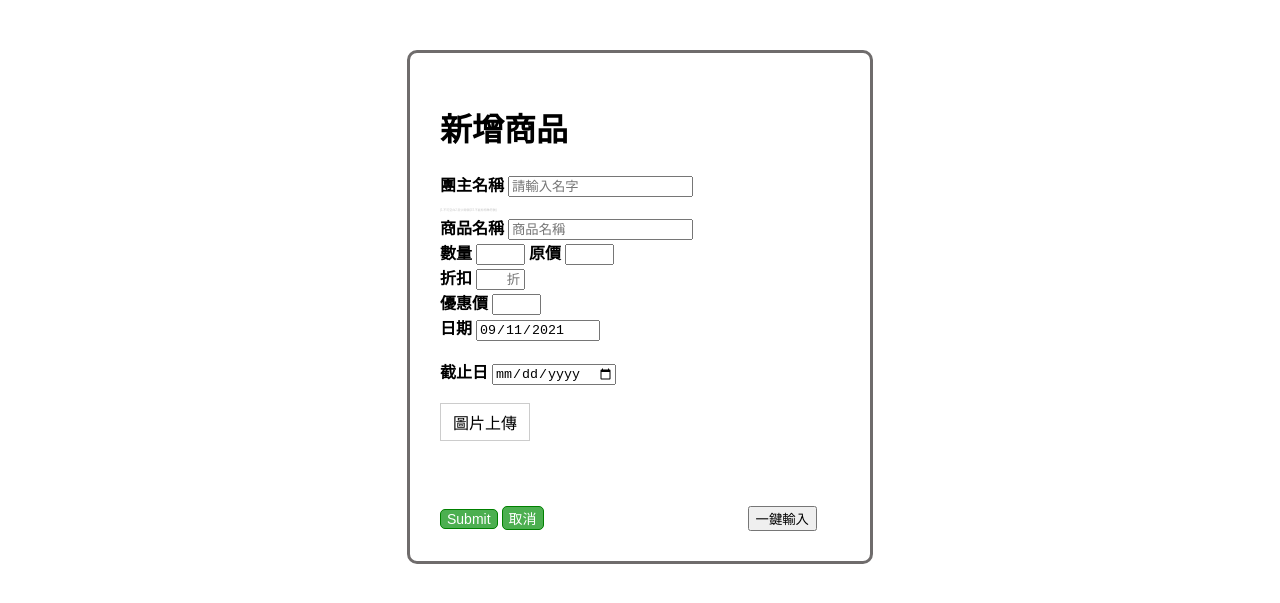
Repository: irlmpbfhvf2009/2021-09-17-Pro2-MVC
Page: http://localhost/Groupon/Manage-add.jsp
These files come from the project's save history. The page is drawn as it stood at one moment and after the next save; the edit follows.
The browser window is 1280 px wide. The pictures show the whole page.
The page is served by Tomcat 9.

Above is the page before, as saved 2021-09-13 13:55:31.

After the next save:
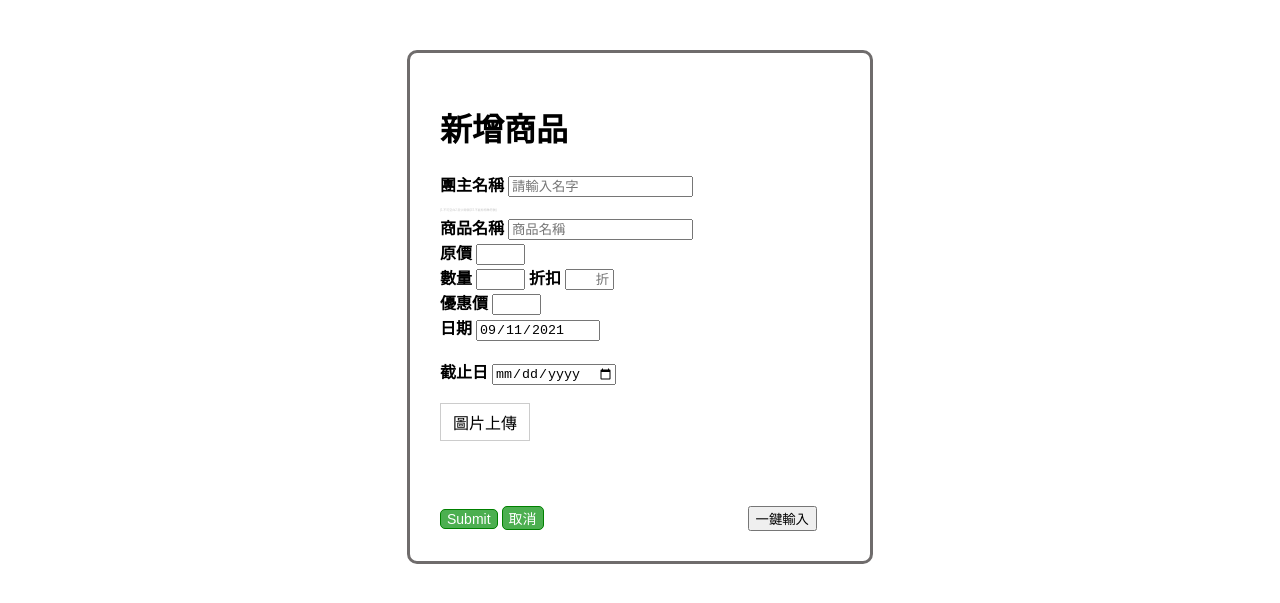
Saved 45 s later.
--- a/Groupon/src/main/webapp/Manage-add.jsp
+++ b/Groupon/src/main/webapp/Manage-add.jsp
@@ -38,10 +38,10 @@
 			<span class="spproductname"></span><br>
 
 			<!-- 數量 -->
-			<strong>數量 </strong><input type="text" name="quantity" required class="quantity" maxlength="3" size="3">
+			<strong>原價 </strong><input type="text" class="price" required name="price" maxlength="6" size="3"><br>
 
 			<!-- 原價 -->
-			<strong>原價 </strong><input type="text" class="price" required name="price" maxlength="6" size="3"><br>
+			<strong>數量 </strong><input type="text" name="quantity" required class="quantity" maxlength="3" size="3">
 
 			<!-- 折扣 -->
 			<strong>折扣 </strong><input type="text" class="discount" required name="discount" maxlength="2" size="3" placeholder="　　折">

After the save that followed:
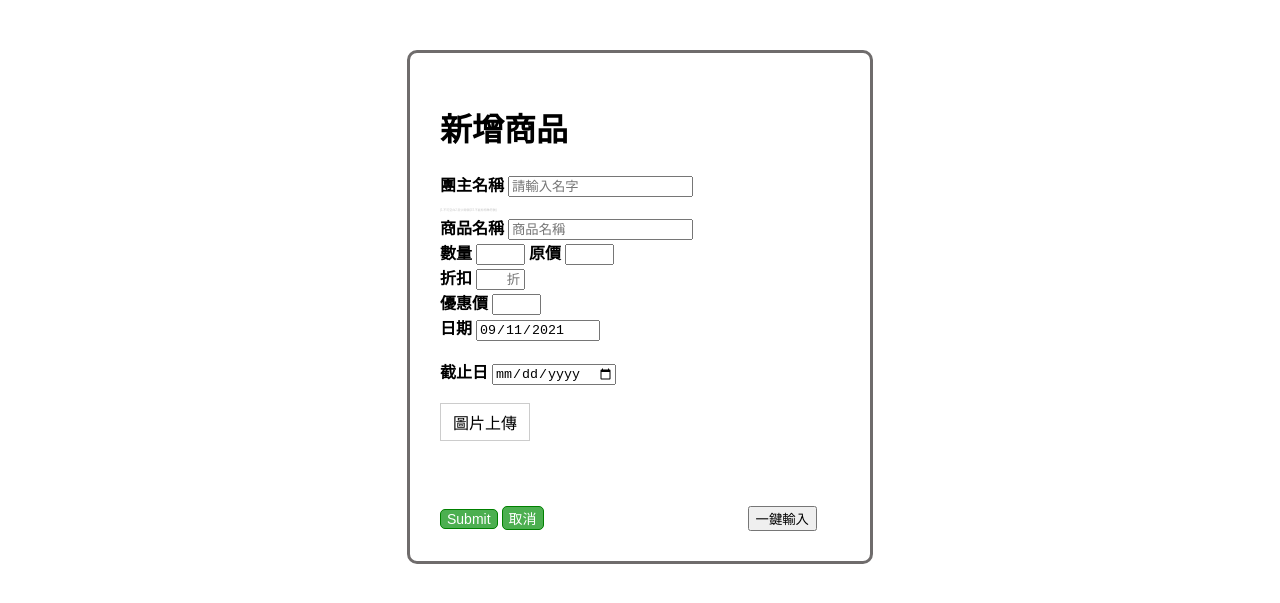
Saved 13 s later.
--- a/Groupon/src/main/webapp/Manage-add.jsp
+++ b/Groupon/src/main/webapp/Manage-add.jsp
@@ -38,10 +38,10 @@
 			<span class="spproductname"></span><br>
 
 			<!-- 數量 -->
-			<strong>原價 </strong><input type="text" class="price" required name="price" maxlength="6" size="3"><br>
+			<strong>數量 </strong><input type="text" name="quantity" required class="quantity" maxlength="3" size="3">
 
 			<!-- 原價 -->
-			<strong>數量 </strong><input type="text" name="quantity" required class="quantity" maxlength="3" size="3">
+			<strong>原價 </strong><input type="text" class="price" required name="price" maxlength="6" size="3"><br>
 
 			<!-- 折扣 -->
 			<strong>折扣 </strong><input type="text" class="discount" required name="discount" maxlength="2" size="3" placeholder="　　折">
